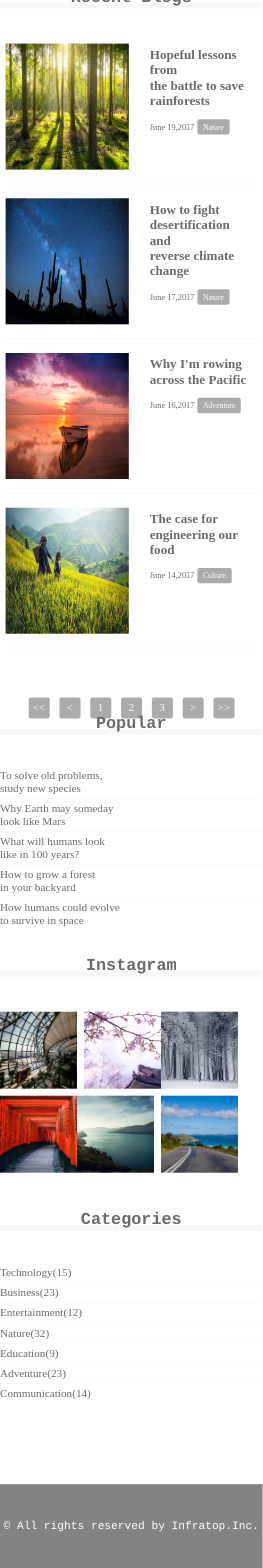
Repository: Kaori199701/-1
Page: caravan/index.html
The author's editor kept a record of every edit. The page is drawn from the files as they stood at one moment, then again after the next edit.
The browser window is 375 px wide. The pictures show the part of the page from y = 466 to 2706 px (the page is 2706 px tall), at 70% of full size.
Some web libraries are served in a nearby version.

Above is the page before.

### caravan/index.html
<!DOCTYPE html>
<html lang="ja">
  <head>
    <meta charset="UTF-8" />
    <meta name="viewport" content="width=device-width,initial-scale=1.0">
    <!-- FontAwesomeの読み込み -->
    <script src="https://kit.fontawesome.com/28849d95ea.js" crossorigin="anonymous"></script>

    <!-- CSSファイルの読み込み -->
    <link rel="stylesheet" href="style.css" />
    <title>CARAVAN</title>
  </head>

  <body>
     <!-- header -->
    <header>
      <hi class="heading">
        <a href="index.html">
          CARAVAN
        </a>
      </hi>

      <div class="social">
         <i class="fab fa-facebook-square"></i>
         <i class="fab fa-twitter-square"></i>
         <i class="fab fa-instagram"></i>
      </div>
    </header>

    <! --navigation-->
    <nav>
      <ul class="nav-list">
        <li class="nav-list-item">
          <a href="index.html">Home</a>
        </li>
        <li class="nav-list-item">About</li>
        <li class="nav-list-item">Topic</li>
      </ul>
    </nav>

     <!-- main-visual用のdiv -->
     <div class="main-visual">
       <div class="main-visual-content">
       <!-- pタグ（と文字）を追加 -->
        <p class="main-visual-text">
         The world is a book<br />
         and those who do not travel<br />
         read only one page.
        </p>
        <p class="main-visual-name">
         St. Augustine
        </p>
       </div>
     </div>

     <!-- main用のdiv -->
     <main>
       <!-- ブログ(左側) -->
       <section class="blog">
        <h2 class="blog-heading">Recent Blogs</h2>

        <div class="blog-box">

         <!-- 1コ目の記事-->
         <div class="blog-item">
           <img class="blog-image" src="img/forest.jpg">
           <section class="blog-text">
             <h3 class="blog-text-heading">
               <a href="single.html">
                Hopeful lessons from<br>
                the battle to save<br>
                rainforests
               </a>
             </h3>
             <p class="blog-date">June 19,2017</p>
             <span class="category">Nature</span>
           </section>
          </div>

         <!-- 2コ目の記事-->
          <div class="blog-item">
           <img class="blog-image" src="img/desert.jpg">
           <section class="blog-text">
             <h3 class="blog-text-heading">
               <a href="single.html">
                How to fight<br>
                desertification and<br>
                reverse climate change
               </a>
             </h3>
             <p class="blog-date">June 17,2017</p>
             <span class="category">Nature</span>
           </section>
          </div>

        <!-- 3コ目の記事-->
         <div class="blog-item">
           <img class="blog-image" src="img/sunset.jpg">
           <section class="blog-text">
             <h3 class="blog-text-heading">
               <a href="single.html">
                Why I'm rowing<br>
                across the Pacific
               </a>
             </h3>
             <p class="blog-date">June 16,2017</p>
             <span class="category">Adventure</span>
           </section>
         </div>

        <!-- 4コ目の記事-->
         <div class="blog-item">
           <img class="blog-image" src="img/asia.jpg">
           <section class="blog-text">
             <h3 class="blog-text-heading">
               <a href="single.html">
                 The case for<br>
                 engineering our food
               </a>
             </h3>
             <p class="blog-date">June 14,2017</p>
             <span class="category">Culture</span>
           </section>
          </div>
         </div>
         <div class="pagination">
            <p><<</p>
            <p><</p>
            <p>1</p>
            <p>2</p>
            <p>3</p>
            <p>></p>
            <p>>></p>
         </div>
       </section>

       <!-- サイドバー(右側) -->
       <div class="sidebar">
        <selection class="popular">
          <h2 class="popular-heading common-heading">Popular</h2>
           <div class="sidebar-contents">
             <p class="popular-text">To solve old problems,<br>study new species</p>
             <p class="popular-text">Why Earth may someday<br>look like Mars</p>
             <p class="popular-text">What will humans look<br>like in 100 years?</p>
             <p class="popular-text">How to grow a forest<br>in your backyard</p>
             <p class="popular-text">How humans could evolve<br>to survive in space</p>
           </div>
        </selection>

        <selection class="instagram">
          <h2 class="instagram-heading common-heading">Instagram</h2>
           <div class="sidebar-contents">
             <div class="instagram-box"></div>
             <div class="instagram-box"></div>
             <div class="instagram-box"></div>
             <div class="instagram-box"></div>
             <div class="instagram-box"></div>
             <div class="instagram-box"></div>
           </div>
        </selection>

        <section class="categories">
          <h2 class="categories-heading common-heading">Categories</h2>
           <div class="sidebar-contents">
             <p class="categories-text">Technology(15)</p>
             <p class="categories-text">Business(23)</p>
             <p class="categories-text">Entertainment(12)</p>
             <p class="categories-text">Nature(32)</p>
             <p class="categories-text">Education(9)</p>
             <p class="categories-text">Adventure(23)</p>
             <p class="categories-text">Communication(14)</p>
           </div>
        </selection>

       </div>
     </main>

     <!-- footer -->
     <footer>
       <p class="footer-text">© All rights reserved by Infratop.Inc.</p>
     </footer>
   </body>
</html>

### caravan/style.css
/* ブラウザがそれぞれ持っているCSSをリセットするための記述 */
* {
  margin: 0;
  padding: 0;
  box-sizing: border-box;
  color: #6c6b6b;
}

a {
  text-decoration: none;
}

header, nav, h2, .main-visual, footer {
  font-family: Chalkduster, "Bradley Hand", Courier, "Segoe Print", sans-serif;
}

header {
  width: 90%; /* 横幅90% */
  padding: 15px 0;
  margin: 0 auto;
  text-align: center;
  position: relative; /* #socialの基準位置を相対位置へ変更する */
}

.social {
  position: absolute; /* headerの左上を基準に絶対位置で指定する */
  top: 22px; /* headerの左上から22px下側へ移動する */
  right: 22px; /* headerの右上から22px左側へ移動する */
}

.social i {
  display: inline-block;
  margin-left: 20px;
}

header.heading {/* headerタグ内のheadingクラスにのみ反映される */
  font-size: 32px;
}

.nav-list {
  text-align: center;
  padding: 10px 0;
  margin: 0 auto;
}

.nav-list-item {
  list-style: none;
  display: inline-block;
  margin: 0 20px;
}


.main-visual {
  width: 100%; /* 横幅いっぱい */
  height: 300px; /* 高さ300px */
  background-image: url(img/mv.jpg);
  background-size: cover;/* 縦横比を維持したまま背景領域を埋め尽くす */
  background-position:center;/* 背景画像を中央に配置 */
}

.main-visual-content {
  width: 40%; /* 横幅40% */
  height: 300px; /* 親の高さに揃える */
  background-color: rgba(0,0,0,0.5);/* 背景色を半透明の黒にする */
  text-align: center; /* 文字を中央揃えにする */
  padding-top: 105px;/* 上側の内側余白で垂直方向の位置を調整(上105px空白にする) */
}

.main-visual-text {
  color: #fff; /* 文字色を白に変更 */
}

.main-visual-name {
  margin-top: 30px; /* 上側の外側の余白 */
  color: #fff; /* 文字色を白に変更 */
}


main {
  width: 800px; /* 横幅800px */
  display: flex; /* Flexboxの利用 */
  justify-content: center; /* 要素の横並び・中央寄せ */
  margin: 0 auto; /* 要素の中央揃え */
  padding: 70px 0; /* 上下に70px、左右に0pxの内側余白 */
}

.blog {
  width: 540px;
  margin-right: 30px;/* 領域の右側余白30px*/

}

.blog-heading {
  border-bottom: 8px solid #f7f7f7;
  text-align: center;
  line-height: 0.6;
}

.blog-box {
  padding-top: 50px;
}

.blog-item {
  padding-bottom: 20px;
  margin-bottom: 20px;
  border-bottom: 1px solid #f7f7f7;
  display: flex; /* Flexboxの利用 */
  justify-content: flex-start;
}

.blog-image{
  height: 180px;
}

.blog-text {
  padding: 25px 0 0 30px;
}

.blog-text-heading {
  padding-bottom: 15px;
}

.blog-date {
  font-size: 12px;
  display: inline-block;
}

.category {
  display: inline-block;
  padding: 5px 8px;
  background-color: #acabab;
  border-radius: 3px;
  color: #fff;
  font-size: 11px;
}

.pagination {
  text-align: center;
  padding-top: 50px;
}

.pagination p {
  display: inline-block;
  width: 30px;
  height: 30px;
  margin: 0 5px;
  color: #fff;
  background-color: #acabab;
  border-radius: 3px;
  line-height: 30px;
}


.sidebar {
  width: 230px;
}

.common-heading {
  border-bottom: 8px solid #f7f7f7;
  text-align: center;
  line-height: 0.6;
}

.sidebar-contents {
  padding: 50px 0;
}

.popular-text,
.categories-text {
  padding-bottom: 5px;
  border-bottom: 1px solid #f7f7f7;
  margin-bottom: 5px;
}

.popular-text:last-child,
.categories-text:last-child {
  margin: 0;
  padding: 0;
  border: none;
}

.instagram .sidebar-contents {
  display: flex;
  flex-wrap: wrap;
}

.instagram-box {
  width: 110px;
  padding-top: 110px;
  background-size: cover;
  background-position: center;
  margin-bottom: 10px;
}

.instagram-box:nth-child(odd) {
  margin: 0 10px 10px 0;
}

.instagram-box:nth-child(1) {
  background-image: url(img/airport.jpg);
}

.instagram-box:nth-child(2) {
  background-image: url(img/japan.jpg);
}

.instagram-box:nth-child(3) {
  background-image: url(img/snow.jpg);
}

.instagram-box:nth-child(4) {
  background-image: url(img/japan2.jpg);
}

.instagram-box:nth-child(5) {
  background-image: url(img/lake.jpg);
}

.instagram-box:nth-child(6) {
  background-image: url(img/road.jpg);
}



footer {
  width: 100%; /* 横幅いっぱい */
  height: 120px; /* 高さ120px */
  text-align: center;
  line-height: 120px;
  background-color: #848282;
}

.footer-text {
  color: #fff;
}


@media screen and (max-width: 425px) {
  header {
    width: 100%;
  }

  .nav-list {
    width: 100%;
  }

  .av-list-item {
    width: 100%;
    margin: 0 0 10px 0;
  }

 .social {
    display: none;
  }

  .main-visual-content {
    width: 100%;
  }

  main {
    width: 100%;
    display: block;
  }

  .blog {
    width: 100%;
    margin: 0;
  }

.blog-box {
  padding-left: 2%;
  padding-right: 2%;
}

.blog-image{
  width: 49%;
}

.blog-text {
  width: 49%;
  padding-top: 5px;
}


.pagination {
  text-align: center;
  padding-top: 50px;
}

.sidebar {
  width: 100%;
}

.common-heading {
  border-bottom: 8px solid #f7f7f7;
  text-align: center;
  line-height: 0.6;
}

.sidebar-contents {
  padding: 50px 0;
}

.popular-text,
.categories-text {
  padding-bottom: 5px;
  border-bottom: 1px solid #f7f7f7;
  margin-bottom: 5px;
}

.popular-text:last-child,
.categories-text:last-child {
  margin: 0;
  padding: 0;
  border: none;
}

.instagram .sidebar-contents {
  display: flex;
  flex-wrap: wrap;
}

.instagram-box {
  width: 110px;
  padding-top: 110px;
  background-size: cover;
  background-position: center;
  margin-bottom: 10px;
}

.instagram-box:nth-child(odd) {
  margin: 0 10px 10px 0;
}

.instagram-box:nth-child(1) {
  background-image: url(img/airport.jpg);
}

.instagram-box:nth-child(2) {
  background-image: url(img/japan.jpg);
}

.instagram-box:nth-child(3) {
  background-image: url(img/snow.jpg);
}

.instagram-box:nth-child(4) {
  background-image: url(img/japan2.jpg);
}

.instagram-box:nth-child(5) {
  background-image: url(img/lake.jpg);
}

.instagram-box:nth-child(6) {
  background-image: url(img/road.jpg);
}



footer {
  width: 100%; /* 横幅いっぱい */
  height: 120px; /* 高さ120px */
  text-align: center;
  line-height: 120px;
  background-color: #848282;
}

.footer-text {
  color: #fff;
}


}

After the next edit:
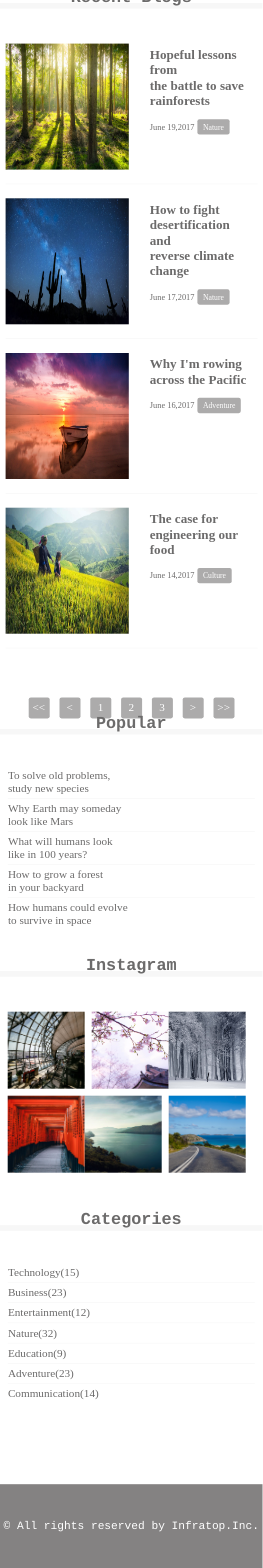
The edit:
--- a/caravan/style.css
+++ b/caravan/style.css
@@ -291,14 +291,9 @@
   width: 100%;
 }
 
-.common-heading {
-  border-bottom: 8px solid #f7f7f7;
-  text-align: center;
-  line-height: 0.6;
-}
-
 .sidebar-contents {
-  padding: 50px 0;
+  padding-left: 3%;
+  padding-right: 3%;
 }
 
 .popular-text,
